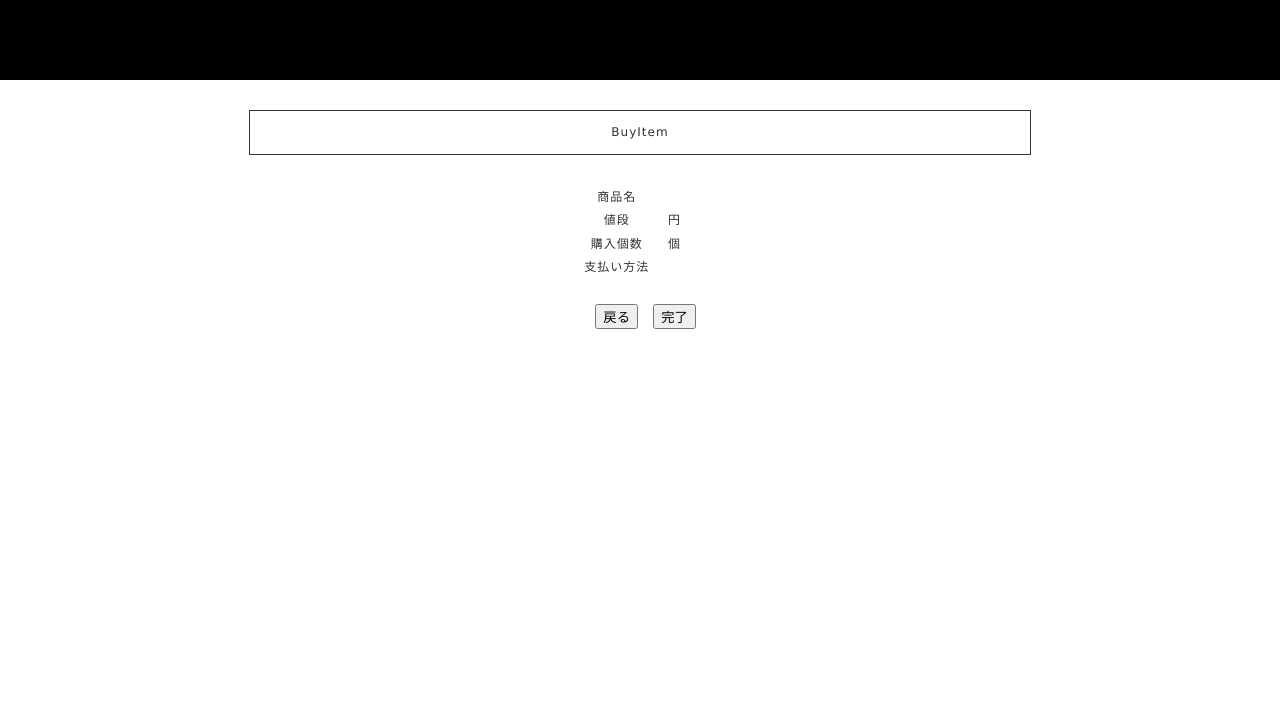
Repository: b1116248/test
Page: http://localhost/ecsite/buyItemConfirm.jsp
These files come from the project's save history. The page is drawn as it stood at one moment and after the next save; the edit follows.
The browser window is 1280 px wide. The pictures show the whole page.
Some web libraries are served in a nearby version. The page is served by Tomcat 9. Other server files are loaded and not shown.

Above is the page before, as saved 2018-07-30 01:41:47.

### ecsite/WebContent/buyItemConfirm.jsp
<%@ page language="java" contentType="text/html; charset=UTF-8"
    pageEncoding="UTF-8"%>
    <%@ taglib prefix="s" uri="/struts-tags" %>


<!DOCTYPE html>
<html>
<head>
<meta http-equiv="Content-Type" content="text/html; charset=UTF-8">
<meta http-equiv="Content-Style-Type" content="text/css" />
<meta http-equiv="Content-Script-Type" content="text/javascript" />
<meta http-equiv="imagetoolbar" content="no" />
<meta name="description" content="" />
<meta name="keywords" content="" />
<script src="http://ajax.googleapis.com/ajax/libs/jquery/1.9.1/jquery.min.js"></script>

<title>BuyItemConfirm画面</title>

<style type="text/css">
body {
margin:0;
padding:0;
line-height:1.6;
letter-spacing:1px;
font-family:Verdana, Helvetica, sans-serif;
font-size:12px;
color:#333;
background:#fff;
}

table {
text-align:center;
margin:0 auto;
}

#top {
width:780px;
margin:30px auto;
border:1px solid #333;
}

#header {
width:100%;
height:80px;
background-color:black;
}

#main{
width:100%;
height:500px;
text-align:center;

}

#footer{
width:100%;
height:80px;
background-color:black;
clear:both;
}

</style>


<script type="text/javascript">
	function submitAction(url){
		$('form').attr('action',url);
		$('form').submit();
	}
</script>

</head>

<body>
<div id="header">
	<div id="pr">
		</div>

	</div>

	<div id="main">
		<div id="top">
			<p>BuyItem</p>
		</div>

		<div>
			<s:form>
				<tr>
					<td>商品名</td>
					<td><s:property value="session.buyItem_name" /></td>
				</tr>

				<tr>
				<td>値段</td>
				<td><s:property value="session.total_price" /><span>円</span></td>
				</tr>

				<tr><td>購入個数</td>
				<td><s:property value="session.count" /><span>個</span></td>
				</tr>

				<tr><td>支払い方法</td>
				<td><s:property value="session.pay" /></td>
				</tr>
				<tr>
					<td><br></td>
				</tr>

					<tr>
					<td><input type="button" value="戻る"
					onclick="submitAction('HomeAction')" /></td>
					<td><input type="button" value="完了"
					onclick="submitAction('BuyItemConfirmAction')" /></td>
					</tr>
				</s:form>
		</div>
	</div>





</body>
</html>

After the next save:
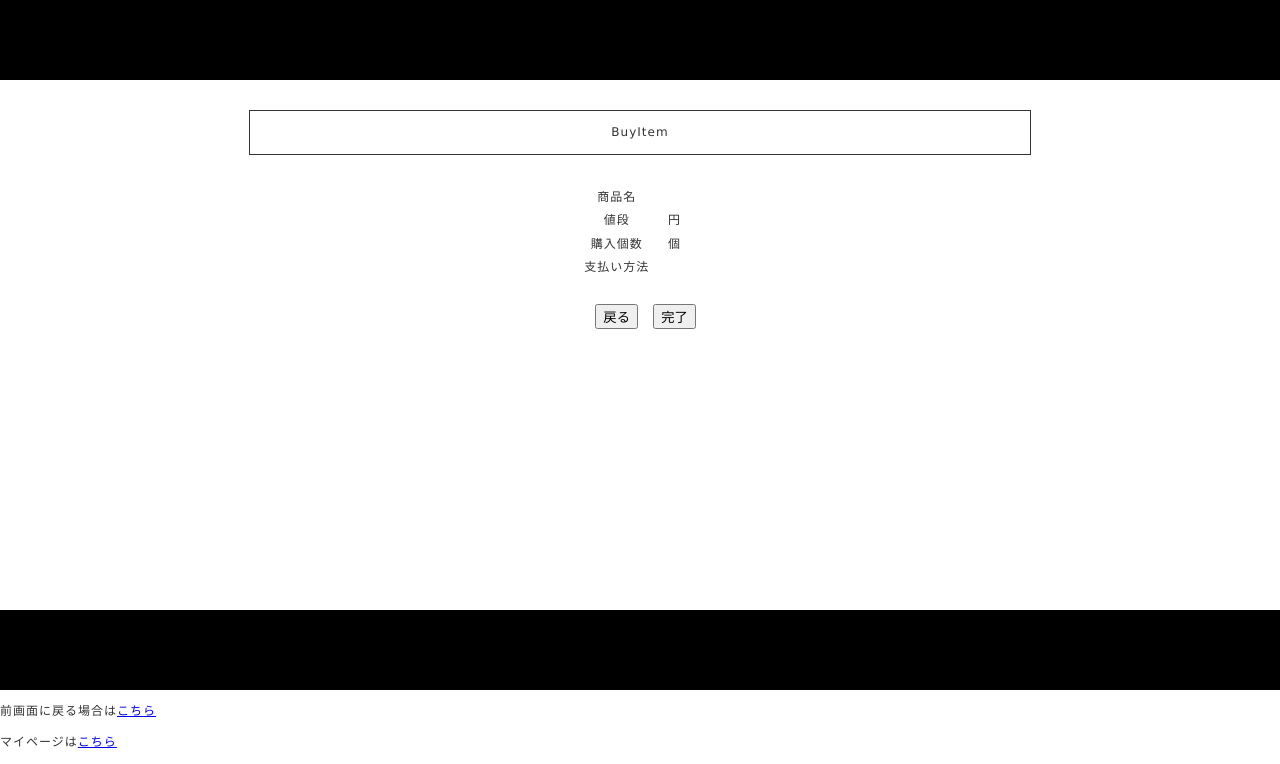
Saved 3 min 56 s later.
--- a/ecsite/WebContent/buyItemConfirm.jsp
+++ b/ecsite/WebContent/buyItemConfirm.jsp
@@ -102,6 +102,7 @@
 				<tr><td>支払い方法</td>
 				<td><s:property value="session.pay" /></td>
 				</tr>
+
 				<tr>
 					<td><br></td>
 				</tr>
@@ -116,9 +117,17 @@
 		</div>
 	</div>
 
-
-
+	<div id="footer">
+		<div id="pr">
+		</div>
+	</div>
 
 
 </body>
 </html>
+
+
+	<div>
+		<p>前画面に戻る場合は<a href='<s:url action="GoHomeAction" />'>こちら</a></p>
+		<p>マイページは<a href='<s:url action="MyPageAction" />'>こちら</a></p>
+	</div>
